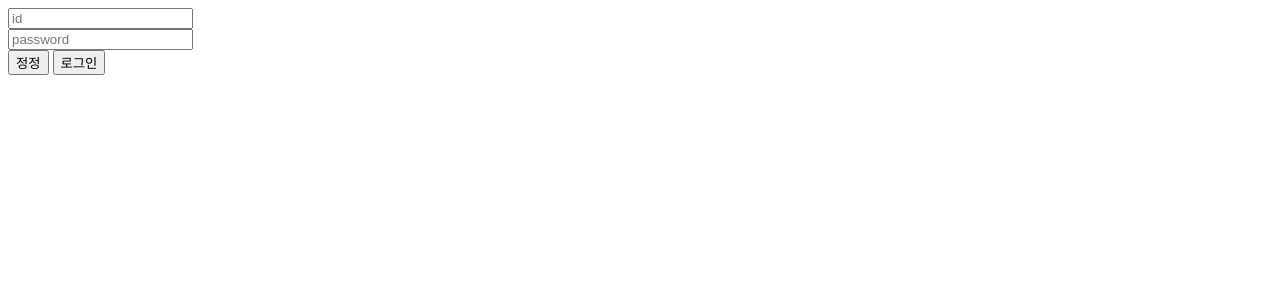
Repository: markahn02050/jsp_practice
Page: http://localhost/JSPBasic/jspObject/1.requests/req_login_form.jsp
An editor plug-in stored every save of this project. The page is shown before and after the next save, followed by the edit.
The browser window is 1280 px wide. The pictures show the whole page.
The page is served by Tomcat 9.

Above is the page before, as saved 2022-02-04 01:20:00.

After the next save:
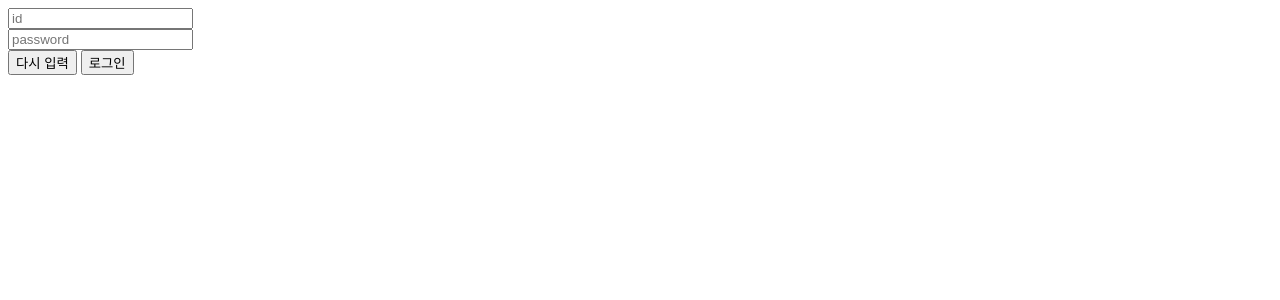
Saved 38 s later.
--- a/JSPBasic/src/main/webapp/jspObject/1.requests/req_login_form.jsp
+++ b/JSPBasic/src/main/webapp/jspObject/1.requests/req_login_form.jsp
@@ -11,7 +11,7 @@
 		<input type="text" name="id" placeholder="id" /><br/>
 		<input type="password" name="pw" placeholder="password" /><br/>
 
-		<input type="reset" value = "정정"/>
+		<input type="reset" value = "다시 입력"/>
 		<input type="submit" value = "로그인"/>
 	</form>
 
